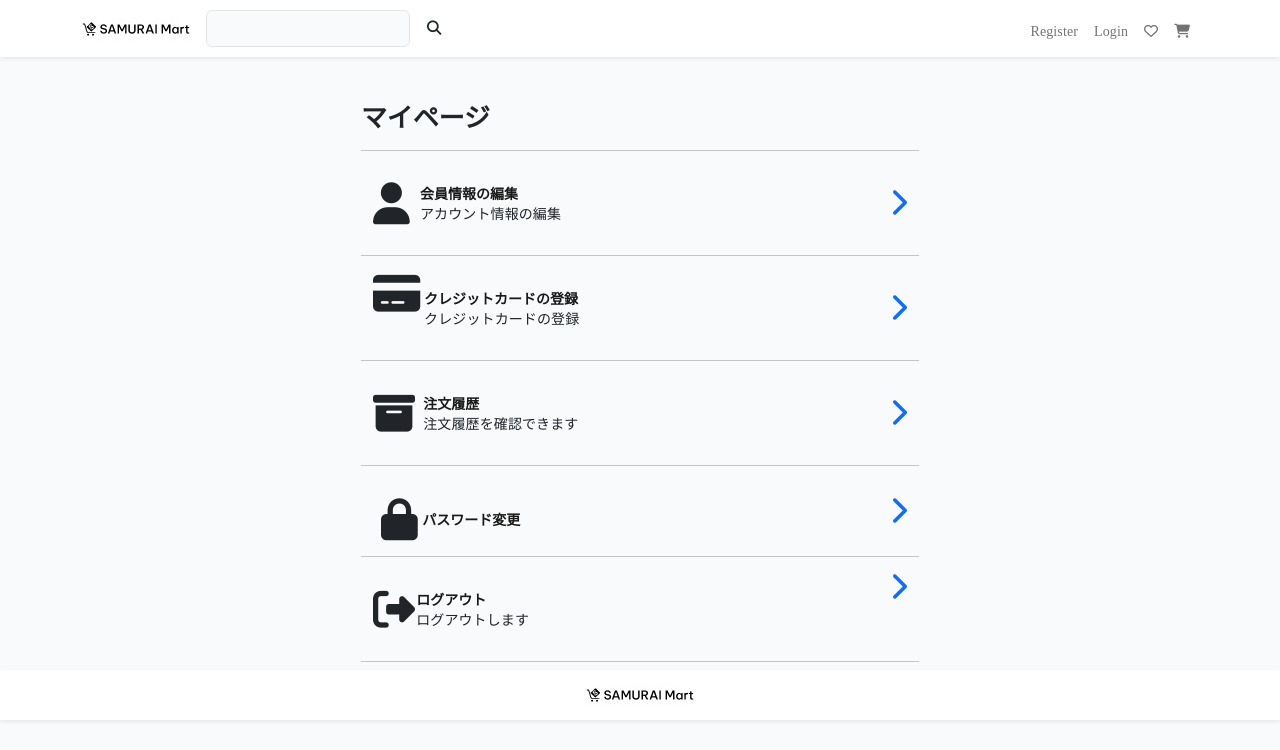
Repository: Satoshi514/laravel_samuraimart
Page: http://localhost/users/mypage
The author's editor kept a copy of each file at every save. The page is drawn from the files as they stood at one save, then again after the next save.
The browser window is 1280 px wide. The pictures show the whole page.
Some web libraries are served in a nearby version. The page is served by the project's Laravel application, run on PHP 8.4 with Laravel 9. Style sheets and scripts are compiled from the project's sources, by tool versions that may differ from the author's.

Above is the page before, as saved 2023-06-19 11:11:55.

After the next save:
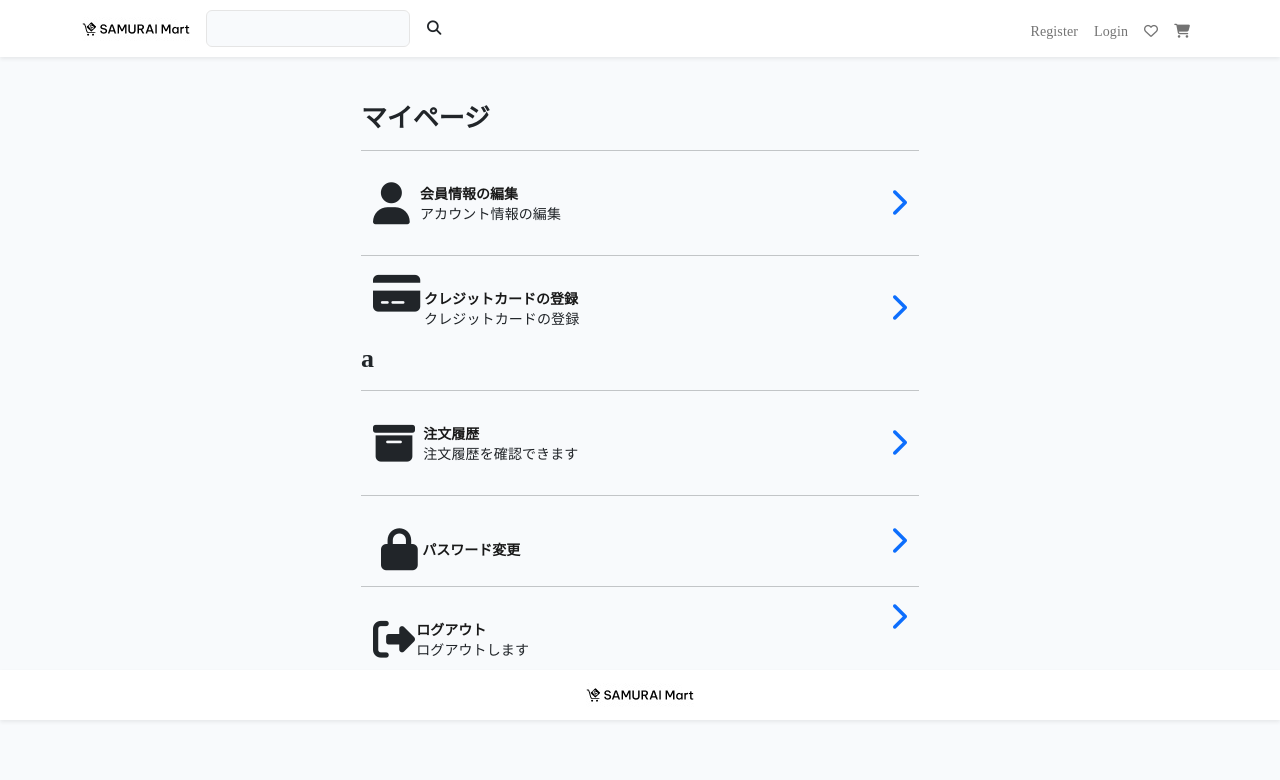
Saved 5 min 9 s later.
--- a/resources/views/users/mypage.blade.php
+++ b/resources/views/users/mypage.blade.php
@@ -50,6 +50,7 @@
         </div>
       </div>
     </div>
+    <h1> a </h1>
 
     <hr>
 
